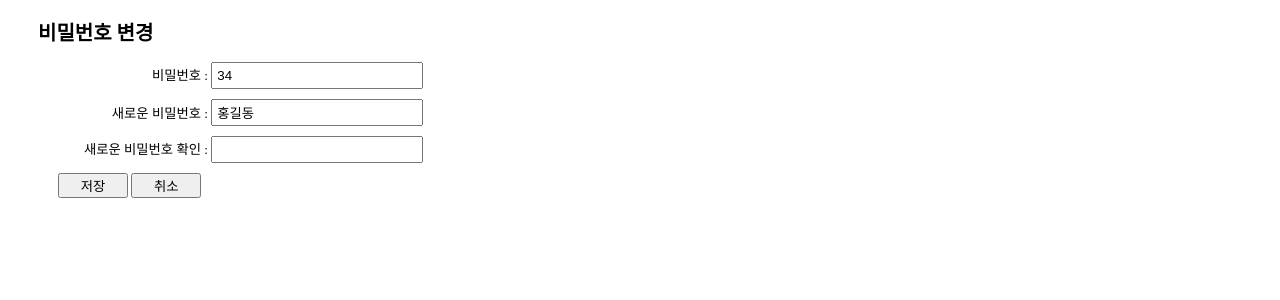
Repository: 5anniversary/JSPhw
Page: html1/WebContent/02practice/pwchange.html
The author's editor kept a copy of each file at every save. The page is drawn from the files as they stood at one save, then again after the next save.
The browser window is 1280 px wide. The pictures show the whole page.

Above is the page before, as saved 2020-04-11 09:59:17.

### html1/WebContent/02practice/pwchange.html
<!DOCTYPE html>
<html>
<head>
<meta http-equiv="Content-Type" content="text/html; charset=utf-8">
<style>
body { font-family: 굴림; font-size: 10pt;}
h2 { margin-left: 30px; }
div { margin-bottom: 10px; }
label:first-child {	display: inline-block; width: 200px; text-align: right; }
label:not(:first-child ) { display: inline-block; margin-right: 20px; }
input[type=text], select {padding: 4px;width: 200px;}
input[type=submit] {margin-left: 50px;width: 70px;}
input[type=reset] {	width: 70px; }
</style>
</head>
<body>
	<form method="post">
		<h2>비밀번호 변경</h2>
		<div>
			<label>비밀번호 :</label> <input type="text" name="no" value="34" />
		</div>
		<div>
			<label>새로운 비밀번호 :</label> <input type="text" name="username" value="홍길동" />
		</div>
		<div>
			<label>새로운 비밀번호 확인 :</label> <input type="text" name="email" />
		</div>
		<div>
			<input type="submit" value="저장" /> <input type="reset" value="취소" />
		</div>
	</form>
</body>
</html>

After the next save:
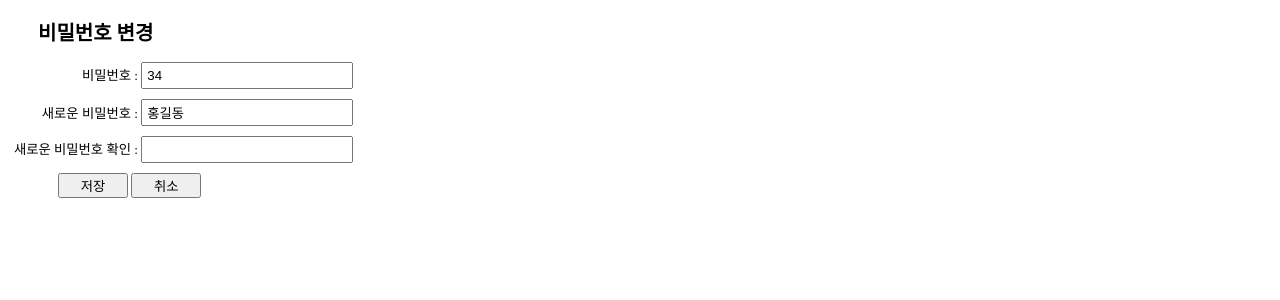
Saved 53 s later.
--- a/html1/WebContent/02practice/pwchange.html
+++ b/html1/WebContent/02practice/pwchange.html
@@ -6,7 +6,7 @@
 body { font-family: 굴림; font-size: 10pt;}
 h2 { margin-left: 30px; }
 div { margin-bottom: 10px; }
-label:first-child {	display: inline-block; width: 200px; text-align: right; }
+label:first-child {	display: inline-block; width: 130px; text-align: right; }
 label:not(:first-child ) { display: inline-block; margin-right: 20px; }
 input[type=text], select {padding: 4px;width: 200px;}
 input[type=submit] {margin-left: 50px;width: 70px;}
